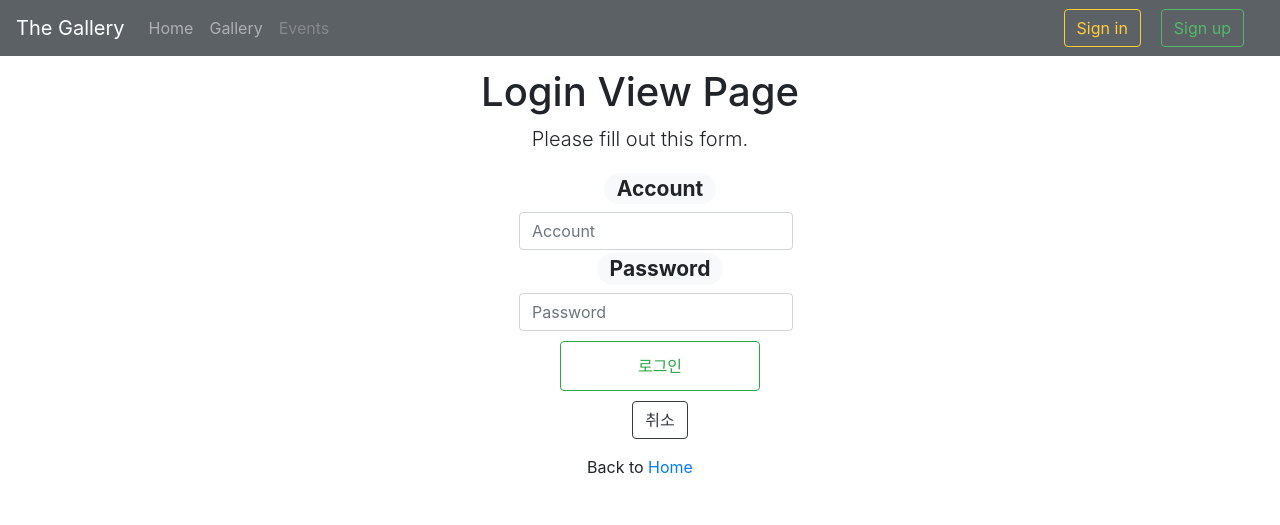
Repository: caramelsyrup/SpringProject1
Page: http://localhost/gallery/WEB-INF/views/customLogin.jsp
An editor plug-in stored every save of this project. The page is shown before and after the next save, followed by the edit.
The browser window is 1280 px wide. The pictures show the whole page.
The page is served by Tomcat 9. Nobody is signed in. Other server files are loaded and not shown. The template is opened directly, without the code that normally fills it, so the values that code supplies are empty.

Above is the page before, as saved 2020-11-17 05:57:07.

### gallery/src/main/webapp/WEB-INF/views/customLogin.jsp
<%@ page language="java" contentType="text/html; charset=UTF-8" pageEncoding="UTF-8"%>
<%@ include file="/resources/includes/header.jsp" %>
<title>로그인화면</title>
</head>
<main role="main" class="flex-shrink-1" style="margin-top: 20px">
  <div class="container" align="center">
    <h1 class="mt-5">Login View Page</h1>
    <p class="lead">Please fill out this form.</p>
    <form class="form-inline mt-2 mt-md-0" action="login" method="post" id="loginForm">
    	<ul style="list-style: none; margin-left: auto; margin-right: auto;">
    		<li>
    			<h3><span class="badge badge-pill badge-light">Account</span></h3>
        		<input class="form-control mr-sm-2" type="text" placeholder="Account" aria-label="Search" name="username" id="username">
    		</li>
    		<li>
    			<h3><span class="badge badge-pill badge-light">Password</span></h3>
	    		<input class="form-control mr-sm-2" type="text" placeholder="Password" aria-label="Search" name="password" id="password">
    		</li>
    		<li style="margin-top: 10px; margin-bottom: 10px;">
    			<input class="btn btn-outline-success my-2 my-sm-0" type="button" id="btnLogin" value="로그인" style="width: 200px; height: 50px;">
    		</li>
    		<li><input class="btn btn-outline-dark my-2 my-sm-0" type="reset" value="취소"></li>
    	</ul>
      </form>
   <p>Back to <a href="/">Home</a></p>
  </div>

	<script type="text/javascript" src="/resources/js/login.js"></script>
</main>

</body>
</html>

### gallery/src/main/webapp/resources/includes/header.jsp
<%@ taglib prefix="c" uri="http://java.sun.com/jsp/jstl/core" %>
<!DOCTYPE html>
<html>
<head>
<meta charset="UTF-8">
    <meta charset="utf-8">
    <meta name="viewport" content="width=device-width, initial-scale=1, shrink-to-fit=no">
    <meta name="description" content="">
    <meta name="author" content="Mark Otto, Jacob Thornton, and Bootstrap contributors">
    <meta name="generator" content="Jekyll v4.1.1">
<script src="https://code.jquery.com/jquery-3.5.1.js" integrity="sha256-QWo7LDvxbWT2tbbQ97B53yJnYU3WhH/C8ycbRAkjPDc=" crossorigin="anonymous"></script>
<!-- Latest compiled and minified CSS -->
<link rel="stylesheet" href="https://stackpath.bootstrapcdn.com/bootstrap/4.5.2/css/bootstrap.min.css">
<!-- Latest compiled JavaScript -->
<script src="https://stackpath.bootstrapcdn.com/bootstrap/4.5.2/js/bootstrap.min.js"></script>
</head>
<!-- 최상단 -->
<body class="d-flex flex-column h-100">
    <header>
  <!-- Fixed navbar -->
  <nav class="navbar navbar-expand-md navbar-dark fixed-top bg-dark" style="opacity: 0.8;">
    <a class="navbar-brand" href="/">The Gallery</a>
    <button class="navbar-toggler" type="button" data-toggle="collapse" data-target="#navbarCollapse" aria-controls="navbarCollapse" aria-expanded="false" aria-label="Toggle navigation">
      <span class="navbar-toggler-icon"></span>
    </button>
    <div class="collapse navbar-collapse" id="navbarCollapse">
      <ul class="navbar-nav mr-auto">
        <li class="nav-item">
          <a class="nav-link" href="/">Home <!-- <span class="sr-only">(current)</span> --> </a>
        </li>
        <li class="nav-item">
          <a class="nav-link" href="/gallery/list">Gallery</a>
        </li>
        <c:choose>
	        <c:when test="${member.auth==0||member.auth==1}">
	        	<li class="nav-item">
		          <a class="nav-link" href="/events/elist">Events</a>
		        </li>
	        </c:when>
			<c:otherwise>
				<li class="nav-item">
		          <a class="nav-link disabled" href="/events/elist"  aria-disabled="true">Events</a>
		        </li>
			</c:otherwise>
        </c:choose>

	    <c:if test="${member.auth==0}">
	     <li class="nav-item">
	      <a class="nav-link" href="/member/memberInfo/${member.username}">Info</a>
	     </li>
	    </c:if>
	    <c:if test="${member.auth==1}">
	     <li class="nav-item">
	      <a class="nav-link" href="/member/allmember">All Member</a>
	     </li>
	     <li class="nav-item">
	      <a class="nav-link disabled" href="/member/allReser"  aria-disabled="true">All Reservation</a>
	     </li>
	    </c:if>

      </ul>
       <c:choose>
       	<c:when test="${empty member.username}">
       		<a class="btn btn-outline-warning my-2 my-sm-0" href="/member/createMember" style="margin-right: 20px">Sign in</a>
      		<a class="btn btn-outline-success my-2 my-sm-0" href="/customLogin" style="margin-right: 20px">Sign up</a>
      	</c:when>
      	<c:otherwise>
        	<a class="btn btn-outline-success my-2 my-sm-0" href="/customLogout">Logout</a>
        </c:otherwise>
       </c:choose>
    </div>
  </nav>
</header>

### gallery/src/main/webapp/resources/js/login.js
$(document).ready(function(){


	$("#btnLogin").click(function(){
		var userID = $("#username").val();
		var password = $("#password").val();
		if(userID==""){
			alert('아이디를 입력하세요!');
			$("#username").focus();
			return false;
		}
		if(password==""){
			alert('비밀번호를 입력하세요!');
			$("#password").focus();
			return false;
		}
		// 로그인 판단
		loginDo($("#username").val(),$("#password").val());
	});


});

function loginDo(username,password){
	// 값이 있으면, 해당 컨트롤러에서 처리후 결과 받음
		$.ajax({
			type:"POST",
			url:"/login",
			data:{"username":username,"password":password}
		})
		.done(function(resp){
			if(resp=="go"){
				alert('Welcome!');
				location.href="/";
			}else{
				alert('Pleae check your info');
			}
		})
		.fail(function(e){
			alert("Please Check your Account");
		});
}

After the next save:
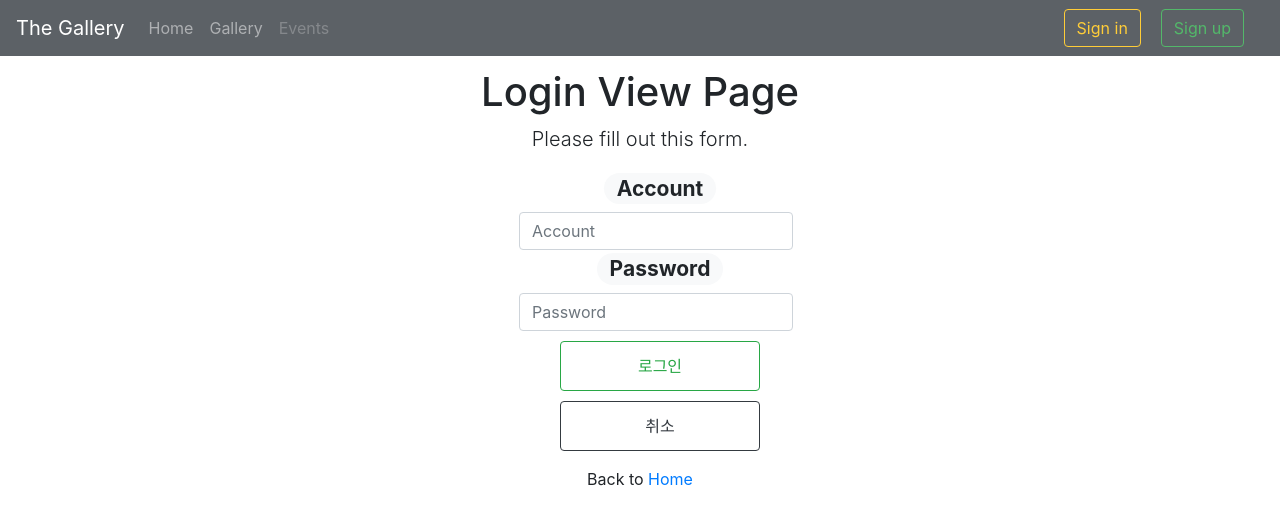
Saved 23 s later.
--- a/gallery/src/main/webapp/WEB-INF/views/customLogin.jsp
+++ b/gallery/src/main/webapp/WEB-INF/views/customLogin.jsp
@@ -19,7 +19,7 @@
     		<li style="margin-top: 10px; margin-bottom: 10px;">
     			<input class="btn btn-outline-success my-2 my-sm-0" type="button" id="btnLogin" value="로그인" style="width: 200px; height: 50px;">
     		</li>
-    		<li><input class="btn btn-outline-dark my-2 my-sm-0" type="reset" value="취소"></li>
+    		<li><input class="btn btn-outline-dark my-2 my-sm-0" type="reset" value="취소" style="width: 200px; height: 50px;" ></li>
     	</ul>
       </form>
    <p>Back to <a href="/">Home</a></p>
